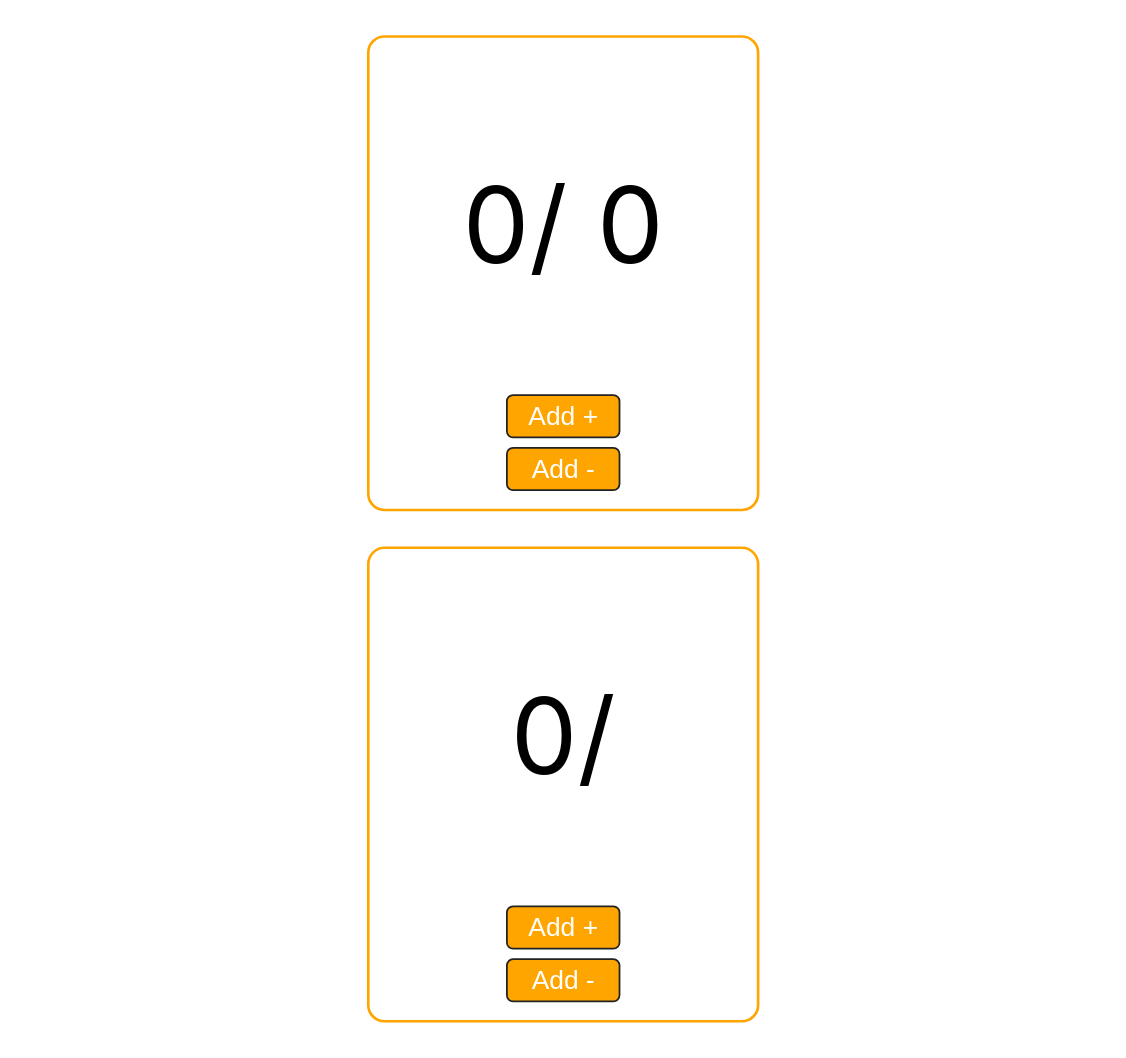
Repository: dnjfht/css-example
Page: /
The author's editor kept a copy of each file at every save. The page is drawn from the files as they stood at one save, then again after the next save.
The browser window is 1280 px wide. The pictures show the whole page, at 88% of full size.
The project was rebuilt for these pictures with package versions that can differ from the ones it lists, and the page was loaded fresh each time.

Above is the page before, as saved 2023-05-09 19:32:35.

After the next save:
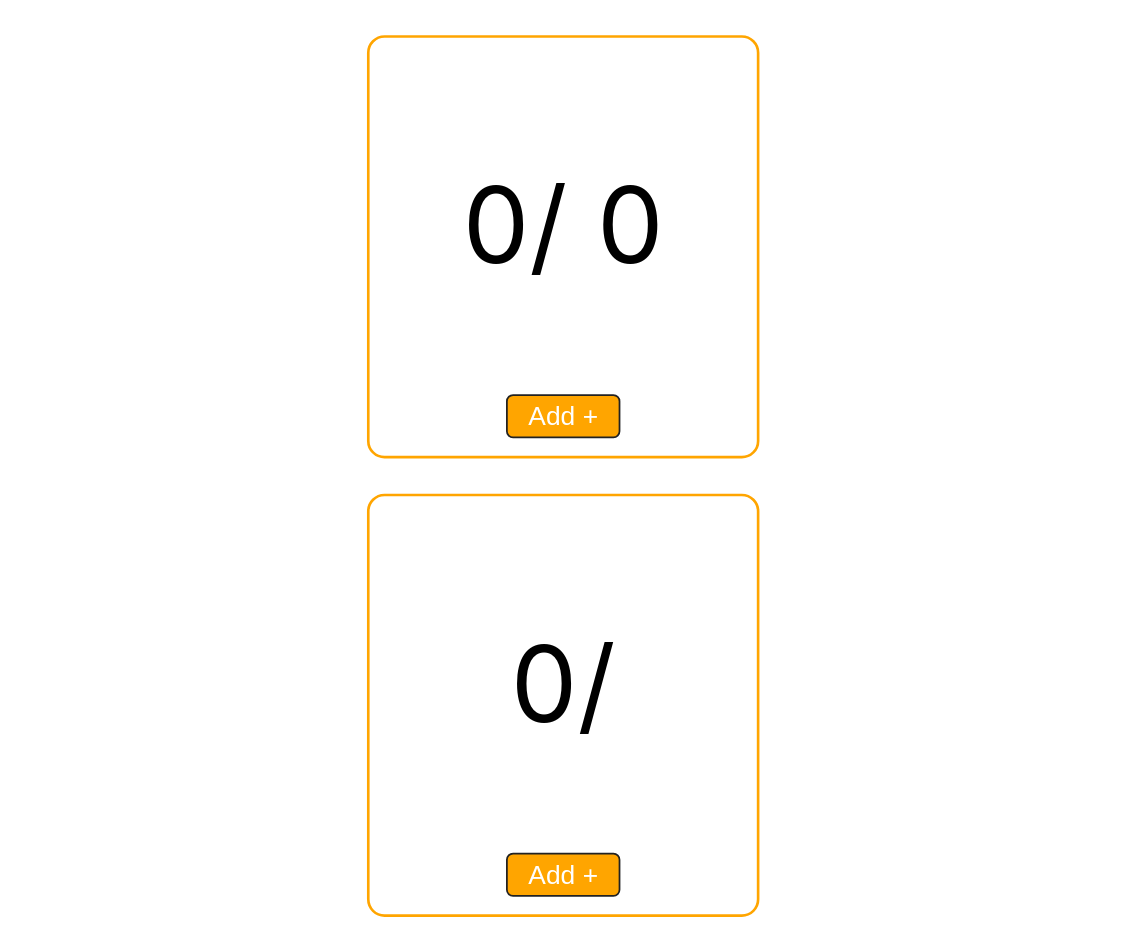
Saved 79 s later.
--- a/src/components/Counter.jsx
+++ b/src/components/Counter.jsx
@@ -8,9 +8,9 @@ export default function Counter({ total, handleClickTotal }) {
     handleClickTotal();
   };
 
-  const handleClickCountDown = () => {
-    if (count > 0) setCount(count - 1);
-  };
+  //   const handleClickCountDown = () => {
+  //     if (count > 0) setCount(count - 1);
+  //   };
 
   return (
     <div
@@ -44,7 +44,7 @@ export default function Counter({ total, handleClickTotal }) {
       >
         Add +
       </button>
-      <button
+      {/* <button
         style={{
           width: 130,
           padding: "6px 16px",
@@ -59,7 +59,7 @@ export default function Counter({ total, handleClickTotal }) {
         onClick={handleClickCountDown}
       >
         Add -
-      </button>
+      </button> */}
     </div>
   );
 }
